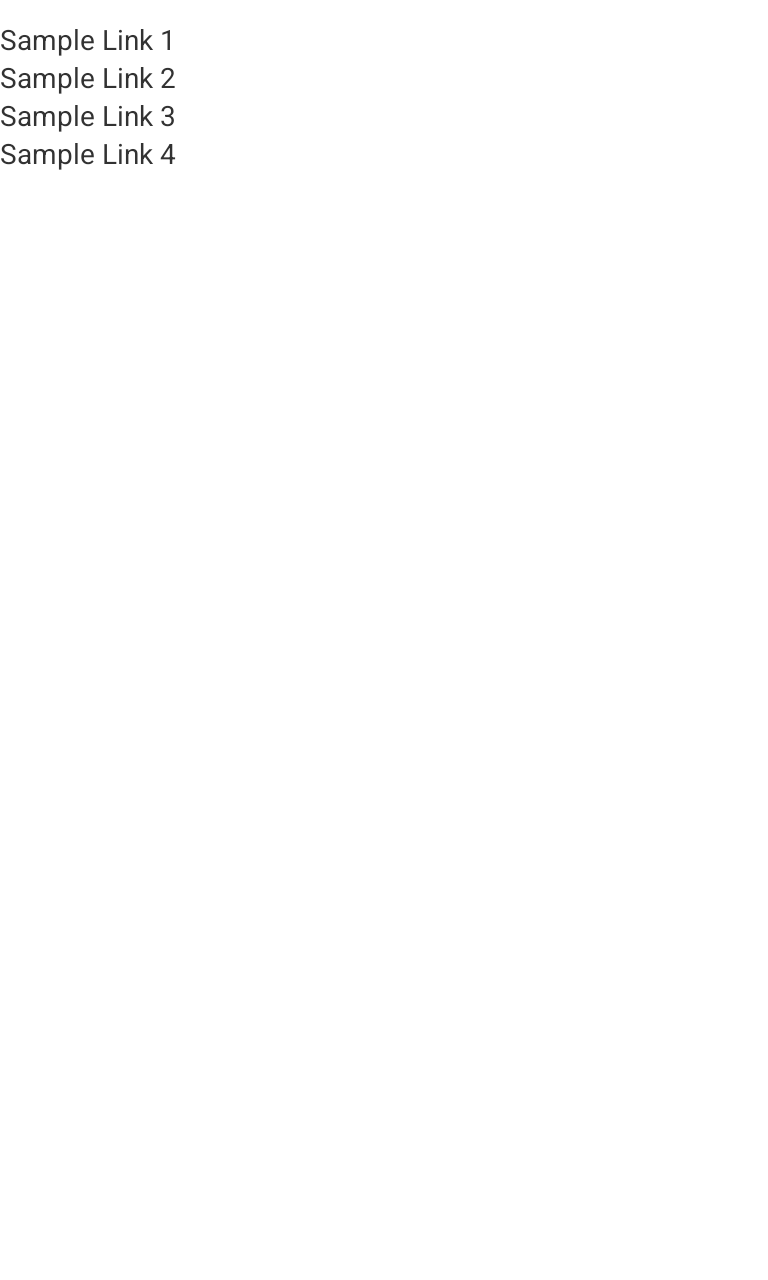
Repository: scottcaruso/MDF3_widgets_and_action_bars
Layout: news_feed_widget/res/layout/widget_layout.xml
The author's editor kept a copy of each file at every save. The layout is drawn from the files as they stood at one save, then again after the next save.
It is drawn on a 768 x 1280 px phone screen (xhdpi) without system bars, with theme AppTheme; the app's code is not run.

Above is the layout before, as saved 2013-09-19 00:48:45.

After the next save:
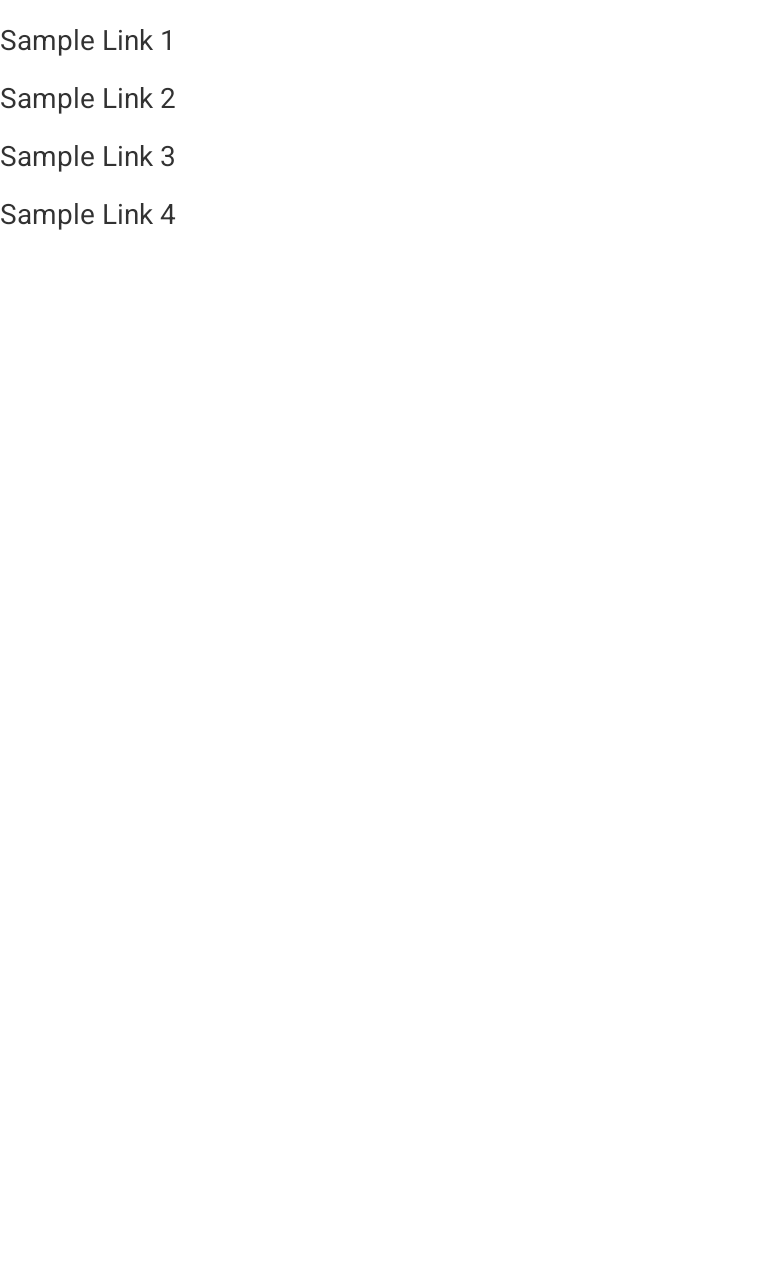
Saved 13 s later.
--- a/news_feed_widget/res/layout/widget_layout.xml
+++ b/news_feed_widget/res/layout/widget_layout.xml
@@ -19,19 +19,22 @@
         android:id="@+id/link2"
         android:layout_width="wrap_content"
         android:layout_height="wrap_content"
-        android:text="@string/sample_link_2" />
+        android:text="@string/sample_link_2"
+        android:paddingTop="10dp" />
 
         <TextView
         android:id="@+id/link3"
         android:layout_width="wrap_content"
         android:layout_height="wrap_content"
-        android:text="@string/sample_link_3" />
+        android:text="@string/sample_link_3"
+        android:paddingTop="10dp" />
 
         <TextView
         android:id="@+id/link4"
         android:layout_width="wrap_content"
         android:layout_height="wrap_content"
-        android:text="@string/sample_link_4" />
+        android:text="@string/sample_link_4"
+        android:paddingTop="10dp" />
 
     </LinearLayout>
 
